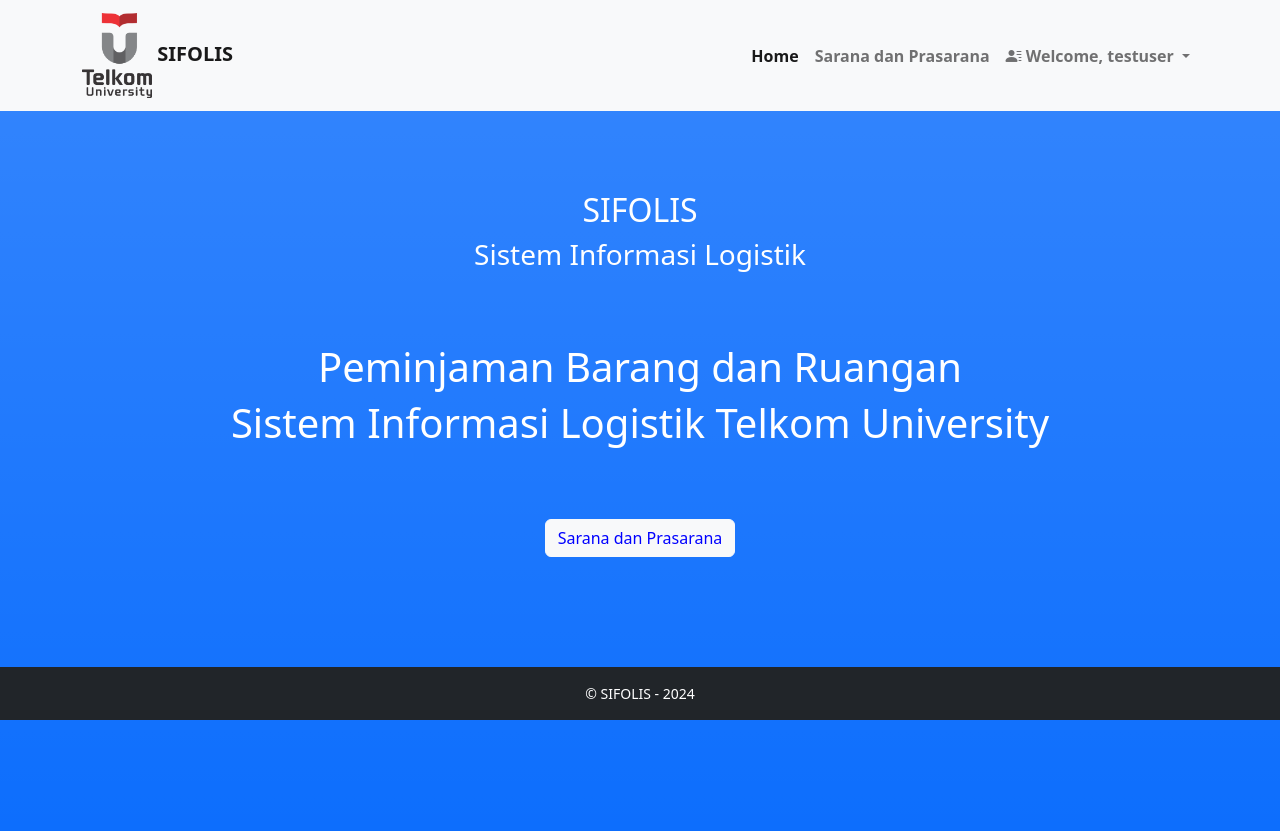
Repository: Audi87/uas_framework
Page: http://localhost/
These files come from the project's save history. The page is drawn as it stood at one moment and after the next save; the edit follows.
The browser window is 1280 px wide. The pictures show the whole page.
Some web libraries are served in a nearby version. The page is served by the project's Laravel application, run on PHP 8.4 with Laravel 10. A made-up administrator, Test User (test@example.com), is signed in. Other server files are loaded and not shown.

Above is the page before, as saved 2024-06-13 21:04:13.

### routes/web.php
<?php

use App\Http\Controllers\{
    BarangController, ContactController, CustumerController, DataPeminjamanController, HistoryController,
    Home, LoginController, PeminjamanController, ProfilController, RegistrasiController,
    SaranaDanPrasaranaController, AdminController
};
use Illuminate\Support\Facades\Route;


Route::get('/', [Home::class, 'index'])->middleware('auth');

Route::get('/login', [LoginController::class, 'index'])->name('login')->middleware('guest');
Route::post('/login', [LoginController::class, 'login']);
Route::post('/logout', [LoginController::class, 'logout']);

Route::get('/registrasi', [RegistrasiController::class, 'index'])->middleware('guest');
Route::post('/registrasi', [RegistrasiController::class, 'registrasi']);

Route::get('/dashboard', function() {
    return view('dashboard.index', ['title' => 'Dashboard Admin']);
})->middleware('admin');

Route::get('/profil/{user:id}', [ProfilController::class, 'index'])->middleware('auth');

Route::get('/sarana dan prasarana', [SaranaDanPrasaranaController::class, 'index'])->middleware('auth');
Route::resource('/sarana-prasarana', BarangController::class)->middleware('admin');

Route::get('/peminjaman/{barang:id}', [PeminjamanController::class, 'index'])->middleware('auth');
Route::post('/peminjaman/{barang:id}', [PeminjamanController::class, 'peminjaman'])->middleware('auth');

Route::get('/history/{user:id}', [HistoryController::class, 'index'])->middleware('auth');

Route::get('/kembalikan/{id}', [PeminjamanController::class, 'kembalikan'])->middleware('auth');
Route::get('/detail-peminjaman/{id}', [PeminjamanController::class, 'detailPeminjaman'])->middleware('auth');

Route::get('/category/{id}', [SaranaDanPrasaranaController::class, 'category'])->middleware('auth');

Route::get('/custumer', [CustumerController::class, 'index'])->middleware('admin');
Route::get('/custumer/{user:id}', [CustumerController::class, 'detail'])->middleware('admin');

Route::get('/data-peminjaman', [DataPeminjamanController::class, 'index'])->middleware('admin');
Route::get('/data-peminjaman/{id}', [DataPeminjamanController::class, 'detail'])->middleware('admin');

Route::get('/contact', [ContactController::class, 'index'])->middleware('auth');

### app/Models/User.php
<?php

namespace App\Models;

// use Illuminate\Contracts\Auth\MustVerifyEmail;
use Illuminate\Database\Eloquent\Factories\HasFactory;
use Illuminate\Foundation\Auth\User as Authenticatable;
use Illuminate\Notifications\Notifiable;
use Laravel\Sanctum\HasApiTokens;

class User extends Authenticatable
{
    use HasApiTokens, HasFactory, Notifiable;

    /**
     * The attributes that are mass assignable.
     *
     * @var array<int, string>
     */
    // protected $fillable = [
    //     'name',
    //     'email',
    //     'password',
    // ];

    /**
     * The attributes that should be hidden for serialization.
     *
     * @var array<int, string>
     */
    protected $hidden = [
        'password',
        'remember_token',
    ];

    /**
     * The attributes that should be cast.
     *
     * @var array<string, string>
     */
    protected $casts = [
        'email_verified_at' => 'datetime',
    ];

    protected $guarded = ['id'];

    public function peminjaman(){
        return $this->belongsTo(Peminjaman::class);
    }
}

### app/Http/Controllers/Home.php
<?php

namespace App\Http\Controllers;

use Illuminate\Http\Request;

class Home extends Controller
{
    //function untuk menampilkan view home
    public function index(){
        return view('index', [
            'title' => 'Home'
        ]);
    }
}

### resources/views/index.blade.php
<!doctype html>
<html lang="en">

<head>
    <meta charset="utf-8">
    <meta name="viewport" content="width=device-width, initial-scale=1">
    <title>{{ $title }}</title>

    <link href="https://cdn.jsdelivr.net/npm/bootstrap@5.2.0/dist/css/bootstrap.min.css" rel="stylesheet"
        integrity="sha384-gH2yIJqKdNHPEq0n4Mqa/HGKIhSkIHeL5AyhkYV8i59U5AR6csBvApHHNl/vI1Bx" crossorigin="anonymous">

    {{-- Styel Css Home --}}
    <link rel="stylesheet" href="/css/style.css">

    {{-- Link Icons Bootstrap --}}
    <link rel="stylesheet" href="https://cdn.jsdelivr.net/npm/bootstrap-icons@1.9.1/font/bootstrap-icons.css">

    {{-- Link Animtion Aos --}}
    <link rel="stylesheet" href="https://unpkg.com/aos@next/dist/aos.css" />

</head>

<body>

    @include('navbar.navbar')

    <div class="container-fluid bg-primary bg-gradient" id="container-fluid">
        <div class="container1">

            <div class="row py-3 text-center">
                <div class="col-lg-4 offset-lg-4 col-md-6 offset-md-3 col-sm-8 offset-sm-2 col-12 mt-3">
                    @if (session()->has('success'))
                        {{-- Alert --}}
                        <div class="alert alert-success" role="alert">
                            <strong>{{ session('success') }}</strong>
                        </div>
                        {{-- End alert --}}
                    @endif
                </div>
            </div>

            <div class="row py-3 text-center text-white">
                <div class="col-lg-12 mt-3">
                    <h2>SIFOLIS</h2>
                    <h3>Sistem Informasi Logistik</h3>
                </div>
            </div>



            <div class="row text-white text-center d-flex justify-content-center mt-5">
                <div class="col-lg-8">
                    <h1>Peminjaman Barang dan Ruangan<h1>
                            <n>Sistem Informasi Logistik Telkom University
                        </h1>
                        </n>
                </div>
            </div>

            <div class="row py-3 text-center mt-5" data-aos="flip-left" data-aos-duration="2000">
                <div class="col-lg-12">
                    <a href="sarana dan prasarana" class="btn btn-light ">Sarana dan Prasarana</a>
                </div>
            </div><br><br><br><br><br><br>

        </div>
    </div>

    @include('footer.footer')

    <script src="https://cdn.jsdelivr.net/npm/bootstrap@5.2.0/dist/js/bootstrap.bundle.min.js"
        integrity="sha384-A3rJD856KowSb7dwlZdYEkO39Gagi7vIsF0jrRAoQmDKKtQBHUuLZ9AsSv4jD4Xa" crossorigin="anonymous">
    </script>

    {{-- Link Jquery --}}
    <script src="js/jquery.js"></script>

    {{-- Link Script Js --}}
    <script src="js/script.js"></script>

    <script src="https://unpkg.com/aos@next/dist/aos.js"></script>
    <script>
        AOS.init();
    </script>

</body>

</html>

### resources/views/navbar/navbar.blade.php
{{-- Navbar --}}
<nav class="navbar navbar-expand-lg bg-light navbar-light">
    <div class="container">
        <a class="navbar-brand" href="/"><img src="img/logo.png" width="70" alt="" data-aos="flip-left"
                data-aos-duration="2000"> SIFOLIS </a>
        <button class="navbar-toggler" type="button" data-bs-toggle="collapse" data-bs-target="#navbarNav"
            aria-controls="navbarNav" aria-expanded="false" aria-label="Toggle navigation">
            <span class="navbar-toggler-icon"></span>
        </button>
        <div class="collapse navbar-collapse" id="navbarNav">
            <ul class="navbar-nav ms-auto">
                <li class="nav-item">
                    <a class="nav-link {{ Request::is('/') ? 'active' : '' }}" aria-current="page"
                        href="/">Home</a>
                </li>
                <li class="nav-item">
                    <a class="nav-link {{ Request::is('sarana dan prasarana') ? 'active' : '' }}" aria-current="page"
                        href="/sarana dan prasarana">Sarana dan Prasarana</a>
                </li>

                @auth
                    <li class="nav-item dropdown">
                        <a class="nav-link dropdown-toggle" href="#" role="button" data-bs-toggle="dropdown"
                            aria-expanded="false">
                            <i class="bi bi-person-lines-fill"></i> Welcome, {{ auth()->user()->username }}
                        </a>
                        <ul class="dropdown-menu">
                            @can('admin')
                                <li><a class="dropdown-item" href="/dashboard">Dashboard Admin</a></li>
                            @endcan
                            <li><a class="dropdown-item" href="/history/{{ auth()->user()->id }}">Peminjaman</a></li>
                            <li><a class="dropdown-item" href="/contact">Contact Us</a></li>
                            <li><a class="dropdown-item" href="/profil/{{ auth()->user()->id }}"><i
                                        class="bi bi-person-lines-fill"></i> My Profil</a></li>
                            <li>
                                <hr class="dropdown-divider">
                            </li>
                            {{-- Form Logout --}}
                            <form action="/logout" method="post">
                                @csrf
                                <button type="submit" class="dropdown-item"
                                    onclick="return confirm('sure want to go out?')"><i class="bi bi-box-arrow-in-left"></i>
                                    Logout</button>
                            </form>
                            {{-- End From --}}
                        </ul>
                    </li>
                @else
                    <li class="nav-item">
                        <a class="nav-link {{ Request::is('login') ? 'active' : '' }}" href="/login"><i
                                class="bi bi-box-arrow-in-right"></i> Login</a>
                    </li>
                @endauth

            </ul>
        </div>
    </div>
</nav>
{{-- End Navbar --}}

### resources/views/footer/footer.blade.php
<div class="container">
    <!-- Konten Halaman di sini -->
</div>
<div class="fixed-bottom">
<footer class="container-fluid bg-dark text-white text-center">
    <div class="container1">
        <div class="row">
            <div class="col-lg-12">
                <small><p class="mt-3">&copy; SIFOLIS - 2024</p></small>
            </div>
        </div>
    </div>
    </div>
</footer>

### public/css/style.css
html, body {
    height: 100%;
    margin: 0;
    background-size: cover;
    background-position: center;
    background-repeat: no-repeat;
}

.container-fluid {
    min-height: 100%; /* Pastikan kontainer memiliki tinggi minimal 100% dari tinggi viewport */

}

nav ul li {
    font-weight: bold;
}

nav a {
    font-weight: bold;
}

nav ul li:hover {
    background-color: orangered;

    border-radius: 17px;

}

nav {
    position: absolute;
    z-index: 1000;
}

.container {
    display: flex;
    justify-content: flex-end;
    margin-left: auto;
}

.icon-container {
    display: flex;
    gap: 10px; /* Optional: Adds space between the images */
    align-items: center; /* Optional: Aligns images vertically if they are of different sizes */
}

.full-height {
    min-height: 100vh; /* 100% dari tinggi viewport */
}

.btn{
    color: blue;
}

### public/js/script.js
$(document).ready(function(){


    window.setTimeout(function(){
        $('.alert').fadeTo(300, 0).slideUp(300, function(){
            $(this).remove();
        });
    }, 4000);

    // Js Show password
    $('#flexCheckDefault').click(function(){
        if($(this).is(':checked')){
            $('#password').attr('type', 'text')
        }else{
            $('#password').attr('type', 'password')
        }
    });

});

Loaded but not shown: app/Http/Controllers/Controller.php (common file); public/js/jquery.js (library)

After the next save:
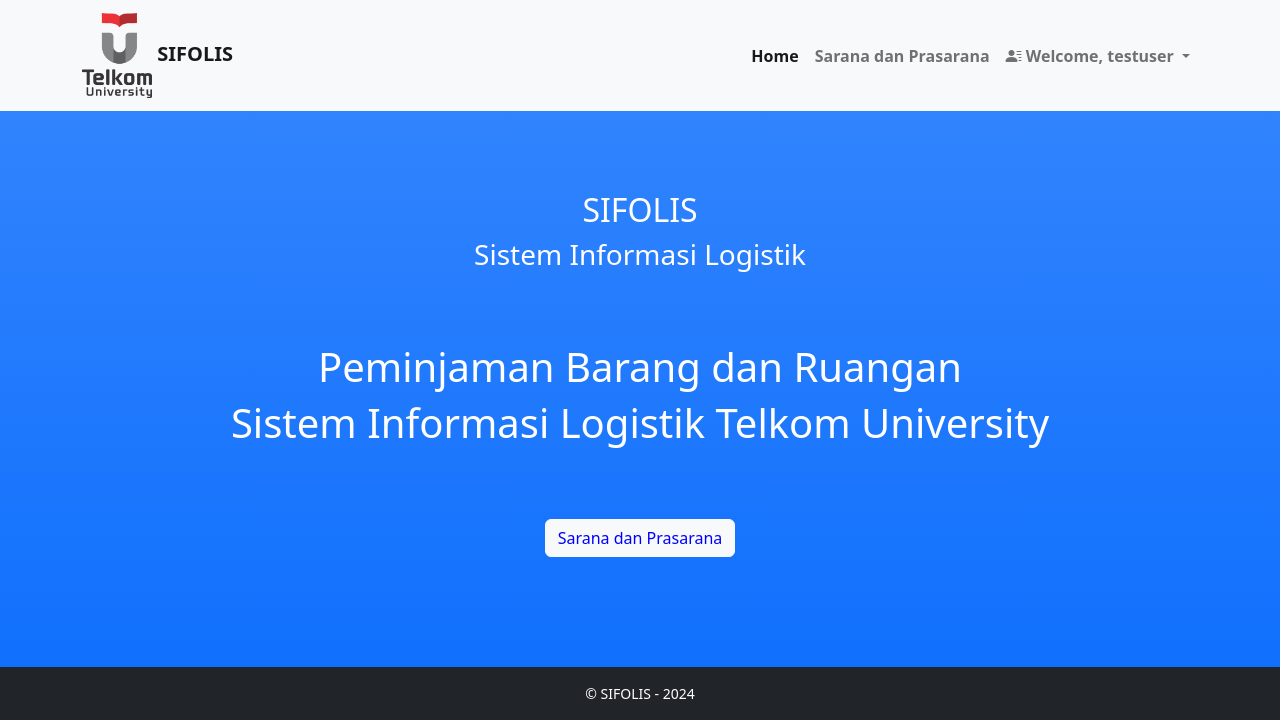
Saved 6 s later.
--- a/public/css/style.css
+++ b/public/css/style.css
@@ -7,7 +7,7 @@
 }
 
 .container-fluid {
-    min-height: 100%; /* Pastikan kontainer memiliki tinggi minimal 100% dari tinggi viewport */
+    min-height: 50%; /* Pastikan kontainer memiliki tinggi minimal 100% dari tinggi viewport */
 
 }
 
